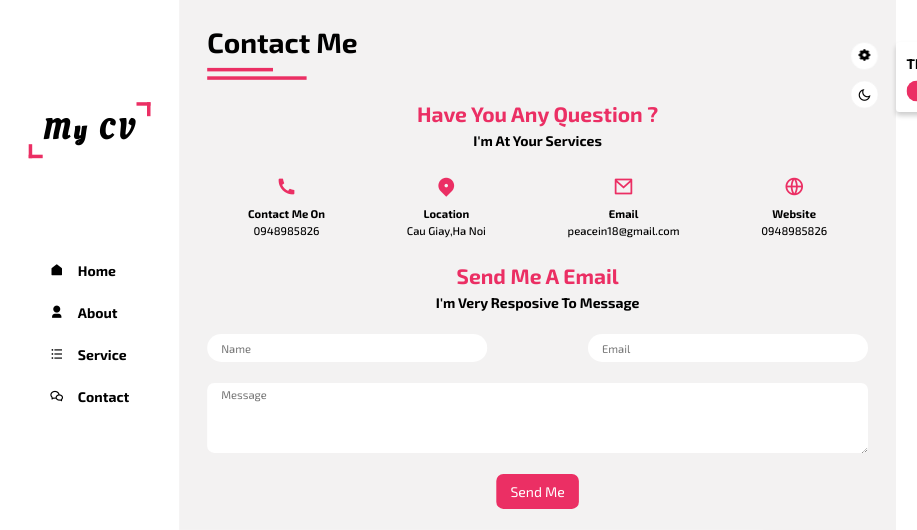
Repository: kien181999/First-Project
Page: index.html
These files come from the project's save history. The page is drawn as it stood at one moment and after the next save; the edit follows.
The browser window is 1280 px wide. The page is 1280 px wide, then 1310 px, so the pictures cover 1310 px, including what lies to the right of the window. The pictures show the part of the page from y = 0 to 1880 px (the page is 757 px tall before and 2917 px after), at 70% of full size.
The style sheet was rebuilt from its Sass, Less or Tailwind sources for each picture, by a compiler version that may differ from the author's.

Above is the page before, as saved 2022-06-05 00:13:53.

After the next save:
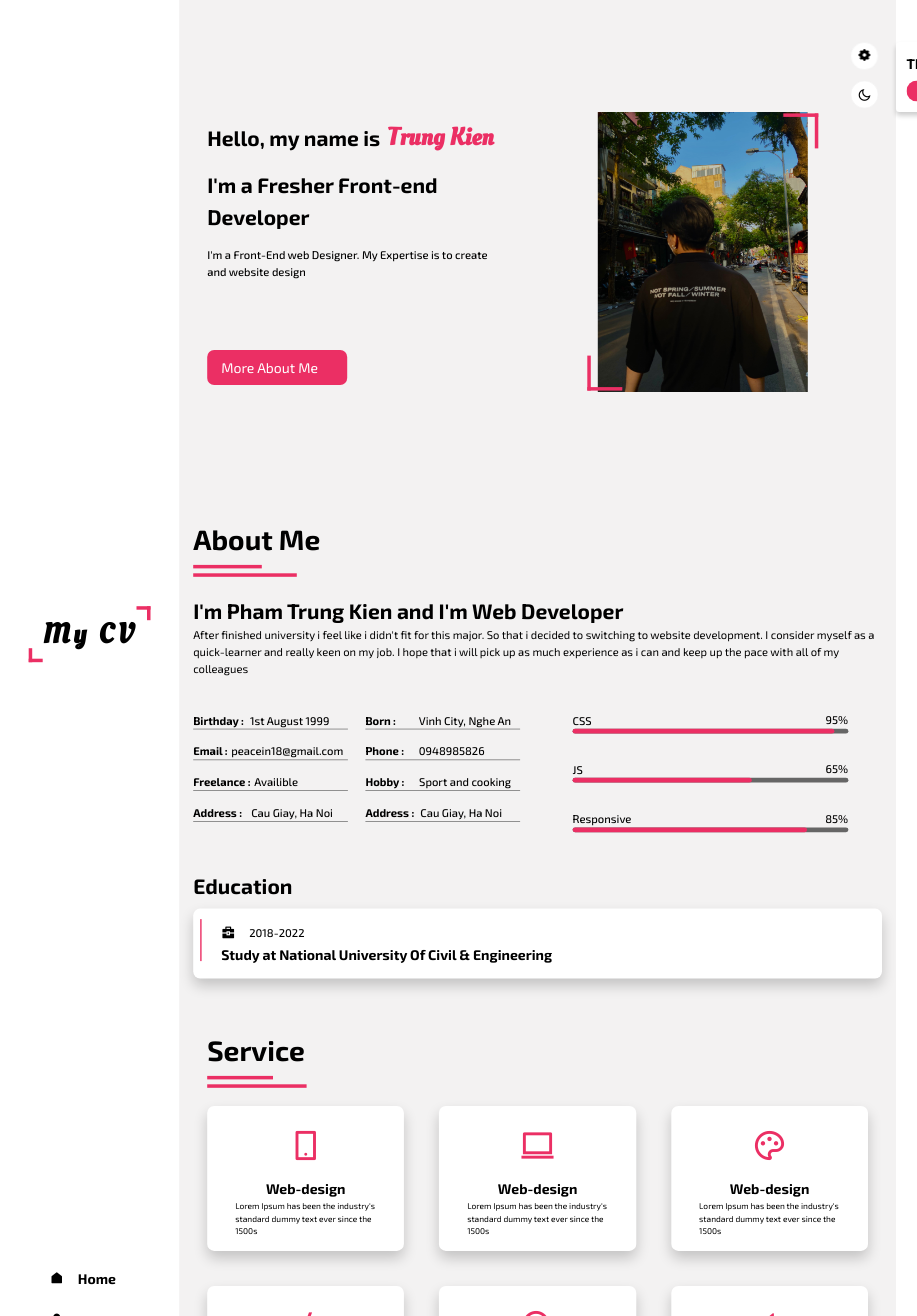
Saved 19 min 26 s later.
--- a/sass/_base.scss
+++ b/sass/_base.scss
@@ -36,6 +36,6 @@ body
 .container{
     display: flex;
 }
-.hidden{
-    display: none !important;
-}
+// .hidden{
+//     display: none !important;
+// }
